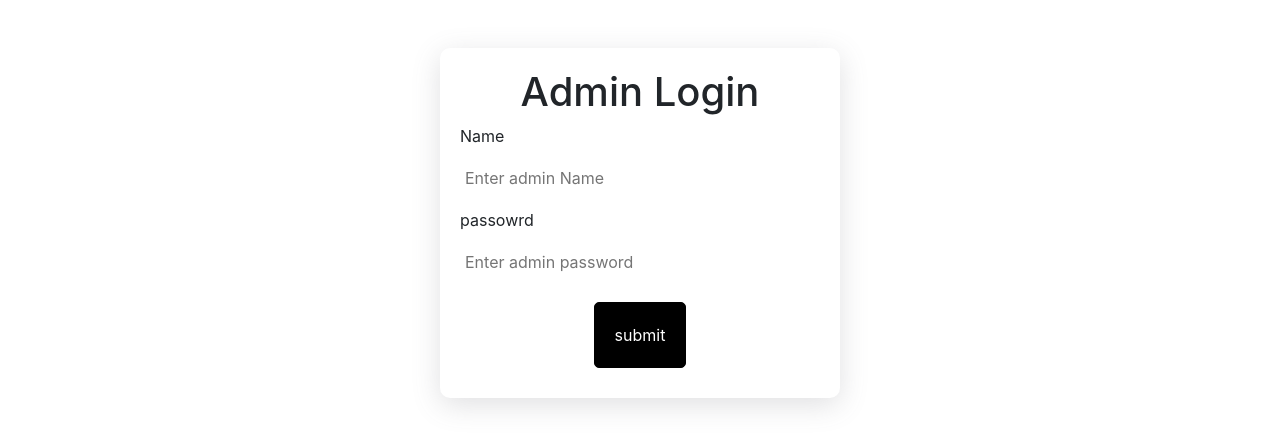
Repository: parthikjadav/parthik-react-practicle-exam
Page: /
The author's editor kept a copy of each file at every save. The page is drawn from the files as they stood at one save, then again after the next save.
The browser window is 1280 px wide. The pictures show the whole page.
The project was rebuilt for these pictures with package versions that can differ from the ones it lists, and the page was loaded fresh each time. Requests to the local data server were answered from the project's data file. Also part of the build but not shown: src/App.css, src/componet/page/Reservationform.jsx, src/componet/page/Reservationlist.jsx, src/componet/header/navdata.js, src/componet/header/Navbar.jsx.

Above is the page before, as saved 2024-05-16 10:49:11.

### public/index.html
<!DOCTYPE html>
<html lang="en">
  <head>
    <meta charset="utf-8" />
    <link rel="icon" href="%PUBLIC_URL%/favicon.ico" />
    <meta name="viewport" content="width=device-width, initial-scale=1" />
    <meta name="theme-color" content="#000000" />
    <meta
      name="description"
      content="Web site created using create-react-app"
    />
    <link rel="apple-touch-icon" href="%PUBLIC_URL%/logo192.png" />
    <link href="https://cdn.jsdelivr.net/npm/bootstrap@5.0.2/dist/css/bootstrap.min.css" rel="stylesheet" integrity="sha384-EVSTQN3/azprG1Anm3QDgpJLIm9Nao0Yz1ztcQTwFspd3yD65VohhpuuCOmLASjC" crossorigin="anonymous">
    <!--
      manifest.json provides metadata used when your web app is installed on a
      user's mobile device or desktop. See https://developers.google.com/web/fundamentals/web-app-manifest/
    -->
    <link rel="manifest" href="%PUBLIC_URL%/manifest.json" />
    <script src="https://cdn.jsdelivr.net/npm/bootstrap@5.0.2/dist/js/bootstrap.bundle.min.js" integrity="sha384-MrcW6ZMFYlzcLA8Nl+NtUVF0sA7MsXsP1UyJoMp4YLEuNSfAP+JcXn/tWtIaxVXM" crossorigin="anonymous"></script>
    <!--
      Notice the use of %PUBLIC_URL% in the tags above.
      It will be replaced with the URL of the `public` folder during the build.
      Only files inside the `public` folder can be referenced from the HTML.

      Unlike "/favicon.ico" or "favicon.ico", "%PUBLIC_URL%/favicon.ico" will
      work correctly both with client-side routing and a non-root public URL.
      Learn how to configure a non-root public URL by running `npm run build`.
    -->
    <title>React App</title>
  </head>
  <body>
    <noscript>You need to enable JavaScript to run this app.</noscript>
    <div id="root"></div>
    <!--
      This HTML file is a template.
      If you open it directly in the browser, you will see an empty page.

      You can add webfonts, meta tags, or analytics to this file.
      The build step will place the bundled scripts into the <body> tag.

      To begin the development, run `npm start` or `yarn start`.
      To create a production bundle, use `npm run build` or `yarn build`.
    -->
  </body>
</html>

### src/index.js
import React from 'react';
import ReactDOM from 'react-dom/client';
import './index.css';
import App from './App';
import { BrowserRouter } from 'react-router-dom';
import { Provider } from 'react-redux';
import store from './componet/redux-saga/store';


const root = ReactDOM.createRoot(document.getElementById('root'));
root.render(
  <BrowserRouter>
    <React.StrictMode>
      <Provider store={store}>
      <App />
      </Provider>
    </React.StrictMode>
  </BrowserRouter>

);

### src/App.js
import { Route, Routes } from 'react-router-dom';
import './App.css';
import Adminlogin from './componet/page/Adminlogin';
import Reservationfrom from './componet/page/Reservationform';
import Reservationlist from './componet/page/Reservationlist';
import Navbar from './componet/header/Navbar';
import { useEffect } from 'react';
import { useDispatch } from 'react-redux';
import { GET_ROOM_PENDING } from './componet/redux-saga/room/action';
import { base_url, get_url } from './url';

const getRole = () => {
  const role = localStorage.getItem("role");
  return role;
};


function App() {

  const role = getRole();
  let dispatch = useDispatch();

  useEffect(() => {
    let url = base_url + get_url;
    dispatch({ type: GET_ROOM_PENDING, payload: url })
  })


  if (!role || role === "") {
    return (
      <Routes>
        <Route path="/" element={<Adminlogin />} />
      </Routes>
    );
  }

  if (role === "admin") {
    return (
      <>
        <Navbar />
        <Routes>
          <Route path="/reservation" element={<Reservationfrom />} />
          <Route path="/ReservationList" element={<Reservationlist />} />
        </Routes>
      </>
    );
  }



}

export default App;

### src/componet/redux-saga/store.js
import { applyMiddleware, createStore } from "redux";
import createSagaMiddleware from "redux-saga";
import { composeWithDevTools } from "@redux-devtools/extension";
import rootReducers from "./rootreducer";
import rootSaga from "./saga";



let sagaMiddleware = createSagaMiddleware();
const store = createStore(
    rootReducers,
    composeWithDevTools(applyMiddleware(sagaMiddleware))
);

sagaMiddleware.run(rootSaga)

export default store

### src/componet/page/Adminlogin.jsx
import React, { useRef } from 'react'
import "./AdminLogin.css"

const Adminlogin = () => {
    let name = useRef();
    let passowrd = useRef();

    const logindata = async () => {
        let data = {
            name: name.current.value,
            password: passowrd.current.value
        }
        console.log(data);
        if ("jignesh" == data.name && "3315" == data.password) {
            localStorage.setItem("role", "admin");
            window.location.href = "/reservation"
            console.log("login successfull");
            alert("login successfull")
        } else {
            alert("Error")
        }
    }
    return (
        <>
            <div class="mx-auto m-5 form" style={{ width: "400px" }}>
                <h1>Admin Login </h1>
                <label>Name  </label>
                <input type="text" placeholder='Enter admin Name' ref={name} />
                <label>passowrd </label>
                <input type="password" placeholder='Enter admin password' ref={passowrd} />
                <button onClick={logindata}>submit</button>
            </div>
        </>

    )
}

export default Adminlogin

### src/componet/redux-saga/room/action.js
//get action
export const GET_ROOM_PENDING = "GET_ROOM_PENDING";
export const GET_ROOM_SUCCESS = "GET_ROOM_SUCCESS";
export const GET_ROOM_ERROR = "GET_ROOM_ERROR";

//post action
export const POST_ROOM_PENDING = "POST_ROOM_PENDING";
export const POST_ROOM_SUCCESS = "POST_ROOM_SUCCESS";
export const POST_ROOM_ERROR = "POST_ROOM_ERROR";

//DELETE action
export const DELETE_ROOM_PENDING = "DELETE_ROOM_PENDING";
export const DELETE_ROOM_SUCCESS = "DELETE_ROOM_SUCCESS";
export const DELETE_ROOM_ERROR = "DELETE_ROOM_ERROR";

//UPDATA action
export const UPDATA_ROOM_PENDING = "UPDATA_ROOM_PENDING";
export const UPDATA_ROOM_SUCCESS = "UPDATA_ROOM_SUCCESS";
export const UPDATA_ROOM_ERROR = "UPDATA_ROOM_ERROR";

### src/url.js
export const base_url = "http://localhost:5000";

export const post_url = "/room";

export const get_url = "/room"

export const delete_url = "/room/"

export const updata_url = "/room/"

### src/componet/redux-saga/rootreducer.js
import { combineReducers } from "redux";
import roomReducer from "./room/reducer";


let rootReducers = combineReducers({
    roomReducer,
});

export default  rootReducers;

### src/componet/redux-saga/saga/index.js
import { all, call, put, takeLatest } from "redux-saga/effects";
import { DELETE_ROOM_ERROR, DELETE_ROOM_PENDING, DELETE_ROOM_SUCCESS, GET_ROOM_ERROR, GET_ROOM_PENDING, GET_ROOM_SUCCESS, POST_ROOM_ERROR, POST_ROOM_PENDING, POST_ROOM_SUCCESS, UPDATA_ROOM_ERROR, UPDATA_ROOM_PENDING, UPDATA_ROOM_SUCCESS } from "../room/action";
import { delete_room, get_room, post_room, updata_room } from "../room/api";

function* handle_post_room(action) {
    // console.log(action, "action from handle post room");
    try {
        let { data, status } = yield call(post_room, action);
        // console.log(data, status, "data and status from handle post room");
        if (status == 201 || status == 200) {
            yield put({ type: POST_ROOM_SUCCESS, data });
        } else {
            yield put({ type: POST_ROOM_ERROR, data });
        }
    }
    catch (error) {
        yield put({ type: POST_ROOM_ERROR, data: error })
    }
}

function* handle_get_room(action) {
    // console.log(action, "action from handle get room");
    try {
        let { data, status } = yield call(get_room, action);
        // console.log(data, status, "data and status from handle get room");
        if (status == 200) {
            yield put({ type: GET_ROOM_SUCCESS, data });
        }
        else {
            yield put({ type: GET_ROOM_ERROR, data });
        }
    }
    catch (error) {
        yield put({ type: GET_ROOM_ERROR, data: error });
    }
}

function* handle_delete_room(action) {
    // console.log(action, "action from handle delete room");
    try {
        let { data, status } = yield call(delete_room, action);
        // console.log(data, status, "data and status from handle delete room");
        if (status == 200) {
            yield put({ type: DELETE_ROOM_SUCCESS, data });
        } else {
            yield put({ type: DELETE_ROOM_ERROR, data });
        }
    }
    catch (error) {
        yield put({ type: DELETE_ROOM_ERROR, daat: error })
    }
}

function* handle_updata_room(action) {
    console.log(action, "action from handle updata room");
    try {
        let { data, status } = yield call(updata_room, action);
        console.log(data, status, "data and status from handle updata room");
        if (status == 200) {
            yield put({ type: UPDATA_ROOM_SUCCESS, data });
        }
        else {
            yield put({ type: UPDATA_ROOM_ERROR, data });
        }
    }
    catch (error) {
        yield put({ type: UPDATA_ROOM_ERROR, data: error })
    }
}

function* handle_post_room_saga() {
    yield takeLatest(POST_ROOM_PENDING, handle_post_room)
}

function* handle_get_room_saga() {
    yield takeLatest(GET_ROOM_PENDING, handle_get_room)
}

function* handle_delete_room_saga() {
    yield takeLatest(DELETE_ROOM_PENDING, handle_delete_room)
}

function* handle_updata_room_saga() {
    yield takeLatest(UPDATA_ROOM_PENDING, handle_updata_room)
}

function* rootSaga() {
    yield all([handle_post_room_saga(), handle_get_room_saga(), handle_delete_room_saga() , handle_updata_room_saga()])
}

export default rootSaga

### src/componet/page/AdminLogin.css
.form{
  width: 200px;
  padding: 20px;
  /* margin: 0px auto; */
  display: flex;
  flex-direction: column;
  justify-content: center;
  align-items: center;
  border-radius: 10px;
  box-shadow: rgba(100, 100, 111, 0.2) 0px 7px 29px 0px;
}
.form input{
  width: 100%;
  height: 40px;
  margin: 10px 0px;
  background-color: white;
  border: 0px solid black;
  border-radius: 5px;
  padding: 5px;
}
.form label{
  margin-right: auto;
}
.form button{
  margin: 10px 0px;
  border: 1px solid black;
  border-radius: 5px;
  background-color: black;
  color: white;
  cursor: pointer;
  padding: 20px;
}
.form button:hover{
  background-color: white;
  color: black;
}
.form button:active{
  background-color: white;
  color: black;
  border: 1px solid black;
}
.form a{
  margin-top: 10px;
  color: black;
  font-size: 12px;
  text-decoration: none;
  padding: 5px;
}

### src/componet/redux-saga/room/reducer.js
import { DELETE_ROOM_ERROR, DELETE_ROOM_PENDING, DELETE_ROOM_SUCCESS, GET_ROOM_ERROR, GET_ROOM_PENDING, GET_ROOM_SUCCESS, POST_ROOM_PENDING, POST_ROOM_SUCCESS, UPDATA_ROOM_ERROR, UPDATA_ROOM_PENDING, UPDATA_ROOM_SUCCESS } from "./action";


let initialState = {
    room: [],
    isLoading: false,
    isError: null,
};

let roomReducer = (state = initialState, action) => {
    console.log(action, "action from reducer");
    switch (action.type) {
        //post user
        case POST_ROOM_PENDING: {
            return {
                isLoading: true,
                ...state,
            }
        }
        case POST_ROOM_SUCCESS: {
            return {
                isLoading: false,
                room: state.room.concat(action.data),
            }
        }
        case POST_ROOM_SUCCESS: {
            return {
                isError: action.data,
                ...state,
            }
        }
        //get user
        case GET_ROOM_PENDING: {
            return {
                isLoading: true,
                ...state,
            }
        }
        case GET_ROOM_SUCCESS: {
            return {
                isLoading: false,
                room: action.data,
            }
        }
        case GET_ROOM_ERROR: {
            return {
                ...state,
                isError: action.data,
            }
        }
        //delete user
        case DELETE_ROOM_PENDING: {
            return {
                isLoading: true,
                ...state,
            }
        }
        case DELETE_ROOM_SUCCESS: {
            return {
                isLoading: false,
                room: state.room.filter((item) => item.id != action.data.id)
            }
        }
        case DELETE_ROOM_ERROR: {
            return {
                isLoading: false,
                isError: action.data,
            }
        }
        //update user
        case UPDATA_ROOM_PENDING: {
            return {
                isLoading: true,
                ...state,
            }
        }
        case UPDATA_ROOM_SUCCESS: {
            return {
                isLoading: false,
                room: state.room.map((value, index) => {
                    if (value.id == action.data.id) {
                        return {
                            ...value,
                            ...action.data,
                        }
                    } else {
                        return value;
                    }
                })
            }
        }
        case UPDATA_ROOM_ERROR: {
            return {
                isError: action.data,
                ...state,
            }
        }
        default: {
            return {
                ...state,
            }
        }
    }
}

export default roomReducer

### src/componet/redux-saga/room/api.js
import axios from "axios";
import { base_url, delete_url, get_url, post_url, updata_url } from "../../../url";


let post_room = (action) => {
    // console.log(action ,"this action from post room");
    return axios.post(base_url + post_url, action.payload).then((res) => {
        // console.log(res,"res is post room");
        let data = res.data;
        let status = res.status;
        return { data, status }
    })
}

let get_room = (action) => {
    // console.log(action, "this action from get rom");
    return axios.get(base_url + get_url).then((res) => {
        // console.log(res, "res is get rom");
        let data = res.data;
        let status = res.status;
        return { data, status }
    })
}

let delete_room = (action) => {
    // console.log(action, "this action from delete room");
    return axios.delete(base_url + delete_url + action.payload).then((res) => {
        // console.log(res, "res is delete room");
        let data = res.data;
        let status = res.status;
        return { data, status };
    })
}

let updata_room = (action) => {
    console.log(action, "this action from updata room");
    return axios.put(base_url + updata_url + action.payload.id, action.payload).then((res) => {
        console.log(res, "res is updata room");
        let data = res.data;
        let status = res.status;
        return { data, status }
    })
}

export { post_room, get_room, delete_room, updata_room }

### db.json
{
  "room": [
    {
      "id": "8675",
      "name": "jignesh",
      "mobile": "1235467892",
      "address": "kamrej surat",
      "arrival": "2024-05-10",
      "checkout": "2024-05-14",
      "roomlist": "platinum",
      "roomtype": "double bedroom",
      "lunchtime": "breakfast and lunch"
    },
    {
      "id": "50ac",
      "name": "test",
      "mobile": "9876543214",
      "address": "surat",
      "arrival": "2024-05-02",
      "checkout": "2024-05-12",
      "roomlist": "prime",
      "roomtype": "double bedroom",
      "lunchtime": "breakfast and lunch"
    },
    {
      "id": "c1a8",
      "name": "abcd",
      "mobile": "7539684216",
      "address": "surat",
      "arrival": "2024-05-05",
      "checkout": "2024-05-07",
      "roomlist": "platinum",
      "roomtype": "single bedroom",
      "lunchtime": "breakfast"
    }
  ]
}

Loaded but not shown: src/index.css (common file)

After the next save:
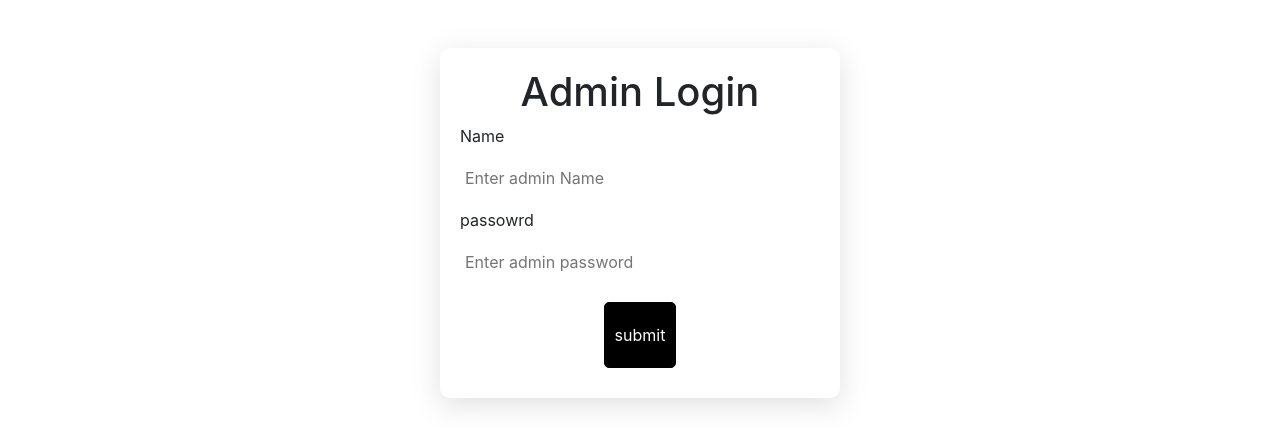
Saved 8 s later.
--- a/src/componet/page/AdminLogin.css
+++ b/src/componet/page/AdminLogin.css
@@ -28,7 +28,7 @@
   background-color: black;
   color: white;
   cursor: pointer;
-  padding: 20px;
+  padding: 20px 10px;
 }
 .form button:hover{
   background-color: white;
